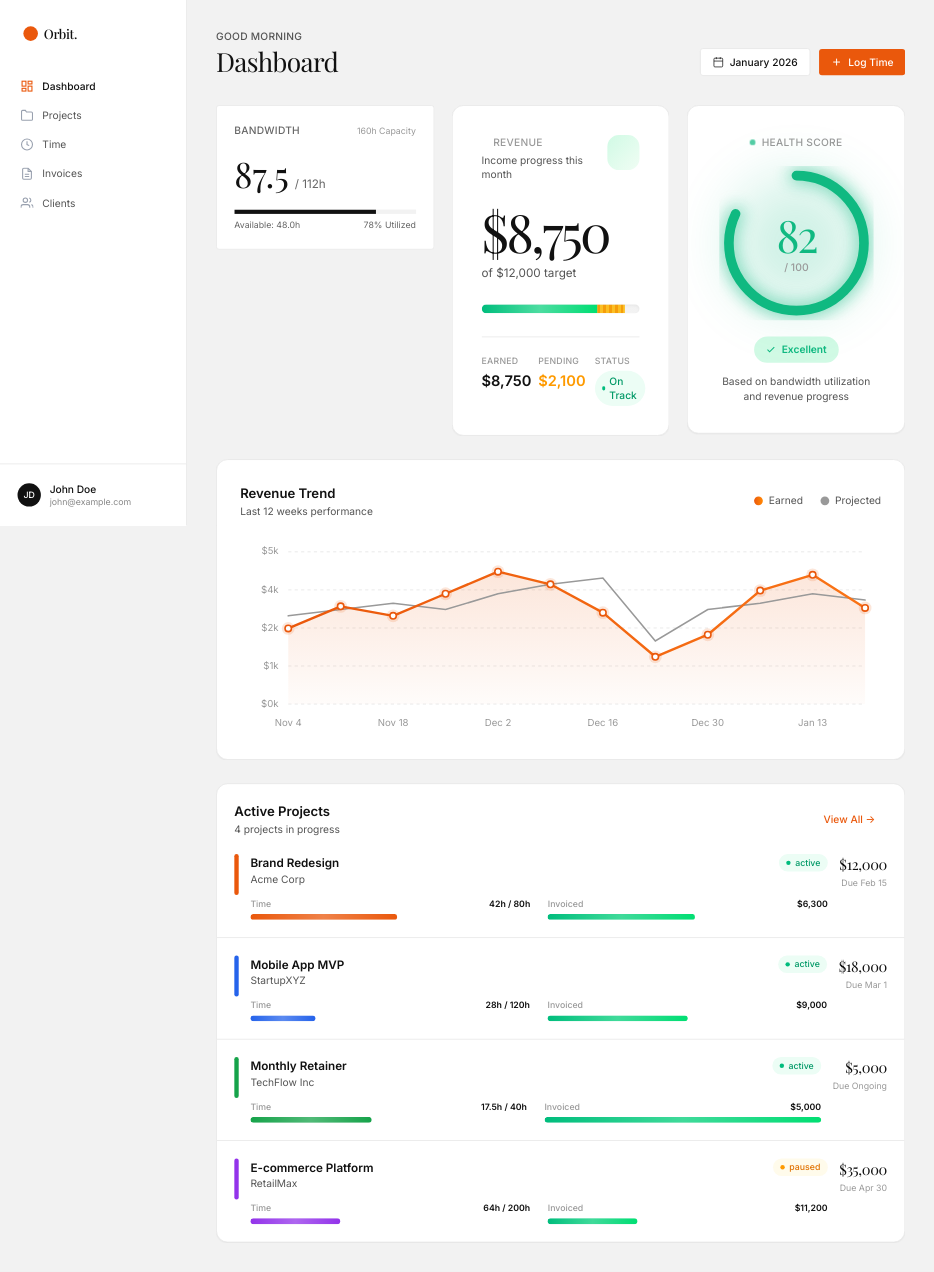
Repository: Zerraf-Badreddine/orbit
Page: /dashboard (app in frontend/)
An editor plug-in stored every save of this project. The page is shown before and after the next save, followed by the edit.
The browser window is 1280 px wide. The pictures show the whole page, at 73% of full size.
Some web fonts or font styles are not loaded; a fallback is used. The project was rebuilt for these pictures with package versions that can differ from the ones it lists, and the page was loaded fresh each time. The framework's server and built-in components were replaced by stand-ins that run in the browser. Also part of the build but not shown: frontend/next.config.ts.

Above is the page before, as saved 2026-01-29 18:41:02.

### frontend/app/layout.tsx
import type { Metadata } from "next";
import { Inter, Playfair_Display } from "next/font/google";
import "./globals.css";
import { Providers } from "./providers";

const inter = Inter({
  subsets: ["latin"],
  variable: "--font-inter",
  display: "swap",
});

const playfair = Playfair_Display({
  subsets: ["latin"],
  variable: "--font-playfair",
  display: "swap",
});

export const metadata: Metadata = {
  title: "Orbit — Freelance Operating System",
  description: "Track your bandwidth and revenue with precision",
};

export default function RootLayout({
  children,
}: Readonly<{
  children: React.ReactNode;
}>) {
  return (
    <html lang="en" className={`${inter.variable} ${playfair.variable}`}>
      <body className="bg-[var(--color-bg-main)] text-[var(--color-text-primary)] antialiased">
        <Providers>
          {children}
        </Providers>
      </body>
    </html>
  );
}

### frontend/app/globals.css
@import "tailwindcss";

@theme {
  /*
     ORBIT DESIGN SYSTEM — RESTORED MINIMALISM
     Focus: Typography, Whitespace, Grid
  */

  --color-bg-main: #F2F2F2;
  --color-bg-surface: #FFFFFF;

  --color-text-primary: #111111;
  --color-text-secondary: #555555;
  --color-text-muted: #999999;

  --color-accent-primary: #EA580C; /* Burnt Orange - Keep as the only pop of color */

  --color-border-subtle: #E5E5E5;
  --color-border-medium: #CCCCCC;
  --color-border-strong: #111111;

  /* Typography */
  --font-family-sans: 'Inter', -apple-system, BlinkMacSystemFont, system-ui, sans-serif;
  --font-family-serif: 'Playfair Display', Georgia, serif;

  /* Shadows - Minimal/Subtle or None */
  --shadow-card: 0 1px 2px rgba(0, 0, 0, 0.05);
  --shadow-hover: 0 4px 12px rgba(0, 0, 0, 0.08); /* More subtle */

  /* Transitions */
  --transition-base: 200ms cubic-bezier(0.16, 1, 0.3, 1); /* Snappy/Professional */
}

/* BASE RESET */
html {
  font-family: var(--font-family-sans);
  background-color: var(--color-bg-main);
  color: var(--color-text-primary);
  -webkit-font-smoothing: antialiased;
}

body {
  min-height: 100vh;
}

/* UTILITIES */

.font-serif {
  font-family: var(--font-family-serif);
}

.card {
  background: var(--color-bg-surface);
  border: 1px solid var(--color-border-subtle);
  border-radius: 4px; /* Sharper corners */
  transition: transform var(--transition-base), box-shadow var(--transition-base), border-color var(--transition-base);
}

.card:hover {
  transform: translateY(-2px);
  box-shadow: var(--shadow-hover);
  border-color: var(--color-border-medium);
}

/* BUTTONS - Editorial Style */
.btn-primary {
  background: #111;
  color: #fff;
  border-radius: 4px;
  padding: 0.75rem 1.5rem;
  font-weight: 500;
  transition: all var(--transition-base);
  display: inline-flex;
  align-items: center;
  justify-content: center;
}

.btn-primary:hover {
  background: #333;
}

.btn-secondary {
  background: transparent;
  color: #111;
  border: 1px solid #E5E5E5;
  border-radius: 4px;
  padding: 0.75rem 1.5rem;
  font-weight: 500;
  transition: all var(--transition-base);
  display: inline-flex;
  align-items: center;
  justify-content: center;
}

.btn-secondary:hover {
  border-color: #111;
  background: #fff;
}

.input {
  width: 100%;
  padding: 0.875rem 1rem;
  border: 1px solid var(--color-border-subtle);
  border-radius: 4px;
  background: var(--color-bg-surface);
  outline: none;
  transition: border-color var(--transition-base);
}

.input:focus {
  border-color: #111;
}

/* STATUS DOTS */
.status-dot {
  width: 8px;
  height: 8px;
  border-radius: 50%;
  display: inline-block;
}

.status-active { background-color: #10B981; }
.status-pending { background-color: #F59E0B; }
.status-error { background-color: #EF4444; }

/* LAYOUT GRID LINES */
.grid-lines {
  background-image: linear-gradient(to right, #f0f0f0 1px, transparent 1px),
                    linear-gradient(to bottom, #f0f0f0 1px, transparent 1px);
  background-size: 40px 40px;
}

### frontend/app/providers.tsx
"use client";

import { QueryClient, QueryClientProvider } from "@tanstack/react-query";
import { useState } from "react";

export function Providers({ children }: { children: React.ReactNode }) {
  const [queryClient] = useState(
    () =>
      new QueryClient({
        defaultOptions: {
          queries: {
            staleTime: 60 * 1000,
            refetchOnWindowFocus: false,
          },
        },
      })
  );

  return (
    <QueryClientProvider client={queryClient}>{children}</QueryClientProvider>
  );
}

### frontend/components/AnimatedReveal.tsx
"use client";

import { useEffect, useRef, ReactNode } from "react";
import gsap from "gsap";

interface AnimatedRevealProps {
  children: ReactNode;
  delay?: number;
  duration?: number;
  y?: number;
  className?: string;
}

export function AnimatedReveal({
  children,
  delay = 0,
  duration = 0.8,
  y = 60,
  className = "",
}: AnimatedRevealProps) {
  const containerRef = useRef<HTMLDivElement>(null);
  const contentRef = useRef<HTMLDivElement>(null);

  useEffect(() => {
    if (!containerRef.current || !contentRef.current) return;

    gsap.fromTo(
      contentRef.current,
      {
        y: y,
        opacity: 0,
      },
      {
        y: 0,
        opacity: 1,
        duration: duration,
        delay: delay,
        ease: "power3.out",
      }
    );
  }, [delay, duration, y]);

  return (
    <div ref={containerRef} className={`overflow-hidden ${className}`}>
      <div ref={contentRef} style={{ opacity: 0 }}>
        {children}
      </div>
    </div>
  );
}

interface StaggerRevealProps {
  children: ReactNode[];
  stagger?: number;
  baseDelay?: number;
  className?: string;
}

export function StaggerReveal({
  children,
  stagger = 0.1,
  baseDelay = 0.2,
  className = "",
}: StaggerRevealProps) {
  const containerRef = useRef<HTMLDivElement>(null);

  useEffect(() => {
    if (!containerRef.current) return;

    const items = containerRef.current.querySelectorAll(".stagger-item");

    gsap.fromTo(
      items,
      {
        y: 40,
        opacity: 0,
      },
      {
        y: 0,
        opacity: 1,
        duration: 0.6,
        stagger: stagger,
        delay: baseDelay,
        ease: "power3.out",
      }
    );
  }, [stagger, baseDelay]);

  return (
    <div ref={containerRef} className={className}>
      {children}
    </div>
  );
}

### frontend/components/BandwidthCard.tsx
"use client";

import { useEffect, useRef } from "react";
import gsap from "gsap";

interface BandwidthCardProps {
  hoursAvailable: number;
  hoursCommitted: number;
  hoursLogged: number;
  utilizationPercentage: number;
}

export function BandwidthCard({
  hoursAvailable,
  hoursCommitted,
  hoursLogged,
  utilizationPercentage,
}: BandwidthCardProps) {
  const barRef = useRef<HTMLDivElement>(null);

  useEffect(() => {
    if (barRef.current) {
      gsap.fromTo(barRef.current, { width: 0 }, { width: `${Math.min(utilizationPercentage, 100)}%`, duration: 1, ease: "power2.out" });
    }
  }, [utilizationPercentage]);

  return (
    <div className="card p-6 bg-white">
      <div className="flex justify-between items-baseline mb-6">
        <h3 className="text-sm font-medium text-[#666] uppercase tracking-wide">Bandwidth</h3>
        <span className="text-xs text-[#999]">{hoursAvailable}h Capacity</span>
      </div>

      <div className="flex items-baseline gap-2 mb-6">
        <span className="font-serif text-5xl text-[#111]">{hoursLogged.toFixed(1)}</span>
        <span className="text-[#666]">/ {hoursCommitted}h</span>
      </div>

      <div className="w-full bg-[#F2F2F2] h-1.5 overflow-hidden">
        <div
          ref={barRef}
          className="h-full bg-[#111]"
          style={{ width: 0 }}
        />
      </div>
      <div className="flex justify-between mt-2 text-xs text-[#666]">
         <span>Available: {(hoursAvailable - hoursCommitted).toFixed(1)}h</span>
         <span>{utilizationPercentage.toFixed(0)}% Utilized</span>
      </div>
    </div>
  );
}

### frontend/components/RevenueCard.tsx
"use client";

import { useEffect, useRef } from "react";
import gsap from "gsap";

interface RevenueCardProps {
  targetAmount: number;
  earnedAmount: number;
  pendingAmount: number;
  currency: string;
}

function formatCurrency(amount: number, currency: string): string {
  return new Intl.NumberFormat("en-US", {
    style: "currency",
    currency: currency,
    minimumFractionDigits: 0,
    maximumFractionDigits: 0,
  }).format(amount);
}

export function RevenueCard({
  targetAmount,
  earnedAmount,
  pendingAmount,
  currency,
}: RevenueCardProps) {
  const earnedBarRef = useRef<HTMLDivElement>(null);
  const pendingBarRef = useRef<HTMLDivElement>(null);
  const numberRef = useRef<HTMLSpanElement>(null);

  const progressPercentage = (earnedAmount / targetAmount) * 100;
  const pendingPercentage = (pendingAmount / targetAmount) * 100;
  const onTrack = (earnedAmount + pendingAmount) >= targetAmount * 0.9;

  useEffect(() => {
    // Animate progress bars
    if (earnedBarRef.current) {
      gsap.fromTo(earnedBarRef.current,
        { width: "0%" },
        { width: `${Math.min(progressPercentage, 100)}%`, duration: 1.2, delay: 0.3, ease: "power3.out" }
      );
    }
    if (pendingBarRef.current) {
      gsap.fromTo(pendingBarRef.current,
        { width: "0%" },
        { width: `${Math.min(pendingPercentage, 100 - progressPercentage)}%`, duration: 1, delay: 0.6, ease: "power3.out" }
      );
    }

    // Animate number counting
    if (numberRef.current) {
      gsap.fromTo({ val: 0 }, { val: earnedAmount }, {
        duration: 1.5,
        delay: 0.2,
        ease: "power3.out",
        onUpdate: function() {
          if (numberRef.current) {
            numberRef.current.textContent = formatCurrency(Math.round(this.targets()[0].val), currency);
          }
        }
      });
    }
  }, [earnedAmount, progressPercentage, pendingPercentage, currency]);

  return (
    <div className="group relative overflow-hidden rounded-2xl bg-white border border-[var(--color-border-subtle)] p-8 lg:p-10 shadow-[var(--shadow-card)] hover:shadow-[var(--shadow-card-hover)] transition-all duration-300">
      {/* Gradient overlay on hover */}
      <div className="absolute inset-0 bg-gradient-to-br from-emerald-500/5 via-transparent to-green-500/5 opacity-0 group-hover:opacity-100 transition-opacity duration-500" />

      {/* Header */}
      <div className="relative flex items-start justify-between mb-8">
        <div>
          <div className="flex items-center gap-2 mb-1">
            <div className="w-2 h-2 rounded-full bg-[var(--color-success)] animate-pulse" />
            <p className="text-[var(--color-text-muted)] text-sm font-medium tracking-wide uppercase">
              Revenue
            </p>
          </div>
          <p className="text-[var(--color-text-secondary)] text-sm">
            Income progress this month
          </p>
        </div>
        <div className="w-12 h-12 rounded-2xl bg-gradient-to-br from-emerald-100 to-green-50 flex items-center justify-center group-hover:scale-110 transition-transform duration-300">
          <svg width="22" height="22" viewBox="0 0 24 24" fill="none" stroke="var(--color-success)" strokeWidth="1.5">
            <line x1="12" y1="1" x2="12" y2="23" />
            <path d="M17 5H9.5a3.5 3.5 0 0 0 0 7h5a3.5 3.5 0 0 1 0 7H6" />
          </svg>
        </div>
      </div>

      {/* Main Number */}
      <div className="relative mb-8">
        <div className="flex items-baseline gap-2">
          <span ref={numberRef} className="font-serif text-6xl lg:text-7xl tracking-tighter text-[var(--color-text-primary)]">
            $0
          </span>
        </div>
        <p className="text-[var(--color-text-secondary)] text-base mt-2">
          of {formatCurrency(targetAmount, currency)} target
        </p>
      </div>

      {/* Progress Bar */}
      <div className="relative mb-8">
        <div className="h-3 bg-gradient-to-r from-[var(--color-bg-muted)] to-[var(--color-bg-main)] rounded-full overflow-hidden shadow-inner flex">
          {/* Earned */}
          <div
            ref={earnedBarRef}
            className="h-full bg-gradient-to-r from-emerald-500 to-green-400 relative flex-shrink-0"
            style={{ width: "0%" }}
          >
            <div className="absolute inset-0 bg-gradient-to-r from-transparent via-white/30 to-transparent animate-[shimmer_2s_infinite]" />
          </div>
          {/* Pending (striped) */}
          <div
            ref={pendingBarRef}
            className="h-full flex-shrink-0"
            style={{
              width: "0%",
              background: `repeating-linear-gradient(
                90deg,
                #F59E0B,
                #F59E0B 4px,
                #FBBF24 4px,
                #FBBF24 8px
              )`,
            }}
          />
        </div>
      </div>

      {/* Stats Row */}
      <div className="relative grid grid-cols-3 gap-4 pt-6 border-t border-[var(--color-border-subtle)]">
        <div>
          <p className="text-[var(--color-text-muted)] text-xs uppercase tracking-wide mb-1.5 font-medium">
            Earned
          </p>
          <p className="text-xl font-semibold text-[var(--color-success)]">
            {formatCurrency(earnedAmount, currency)}
          </p>
        </div>
        <div>
          <p className="text-[var(--color-text-muted)] text-xs uppercase tracking-wide mb-1.5 font-medium">
            Pending
          </p>
          <p className="text-xl font-semibold text-amber-500">
            {formatCurrency(pendingAmount, currency)}
          </p>
        </div>
        <div>
          <p className="text-[var(--color-text-muted)] text-xs uppercase tracking-wide mb-1.5 font-medium">
            Status
          </p>
          <div className={`inline-flex items-center gap-1.5 px-2.5 py-1 rounded-full text-sm font-medium ${onTrack ? "bg-emerald-50 text-emerald-600" : "bg-orange-50 text-orange-600"}`}>
            <div className={`w-1.5 h-1.5 rounded-full ${onTrack ? "bg-emerald-500" : "bg-orange-500"}`} />
            {onTrack ? "On Track" : "Behind"}
          </div>
        </div>
      </div>
    </div>
  );
}

Loaded but not shown: frontend/components/ProjectList.tsx (154 lines, source omitted); frontend/components/RevenueChart.tsx (189 lines, source omitted); frontend/app/dashboard/layout.tsx (177 lines, source omitted); frontend/components/HealthScore.tsx (188 lines, source omitted); frontend/app/dashboard/page.tsx (123 lines, source omitted); frontend/lib/mockData.ts (178 lines, source omitted)

After the next save:
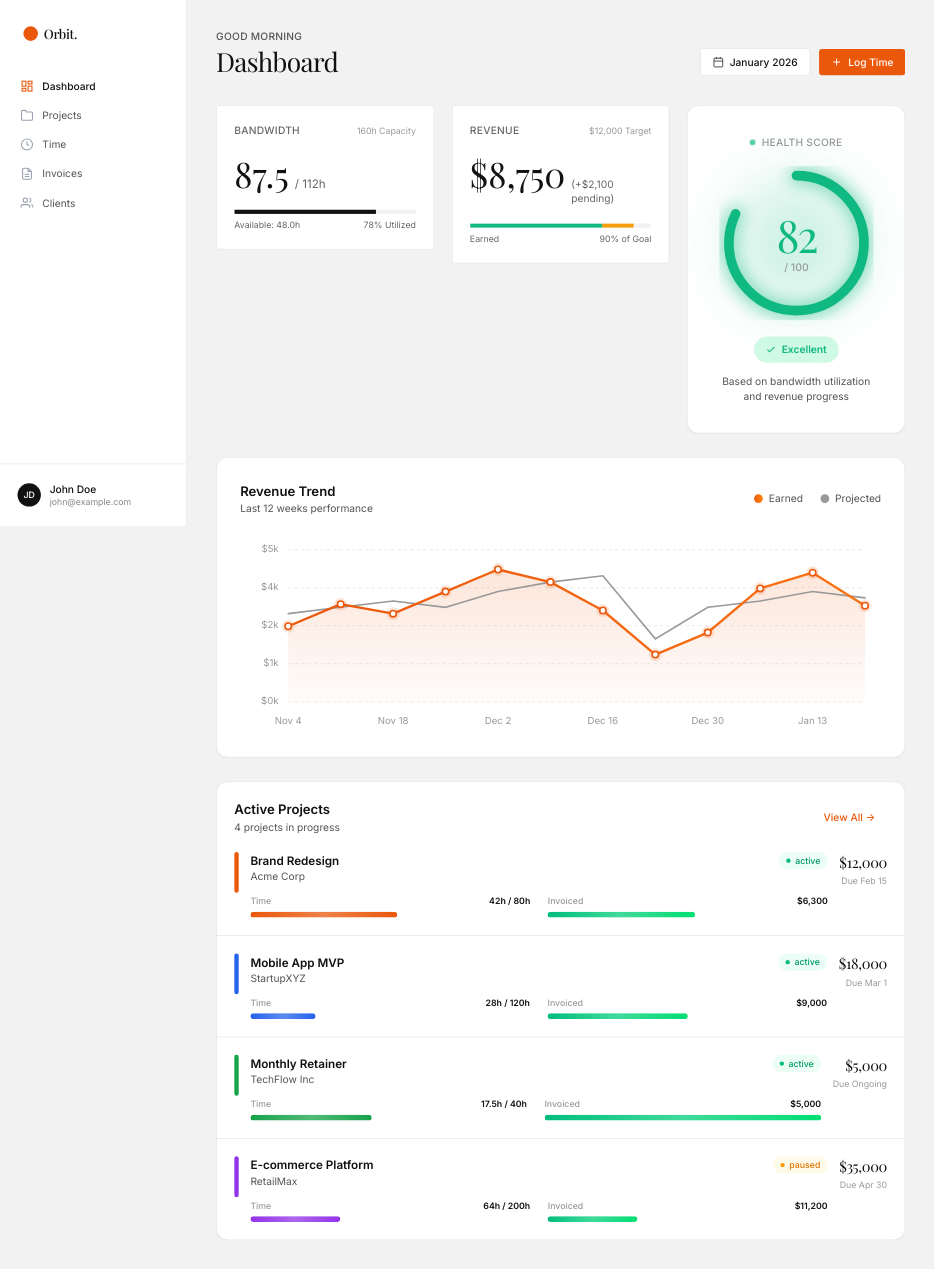
Saved 6 s later.
--- a/frontend/components/RevenueCard.tsx
+++ b/frontend/components/RevenueCard.tsx
@@ -25,138 +25,36 @@ export function RevenueCard({
   pendingAmount,
   currency,
 }: RevenueCardProps) {
-  const earnedBarRef = useRef<HTMLDivElement>(null);
-  const pendingBarRef = useRef<HTMLDivElement>(null);
-  const numberRef = useRef<HTMLSpanElement>(null);
+  const earnedRef = useRef<HTMLDivElement>(null);
+  const pendingRef = useRef<HTMLDivElement>(null);
 
-  const progressPercentage = (earnedAmount / targetAmount) * 100;
-  const pendingPercentage = (pendingAmount / targetAmount) * 100;
-  const onTrack = (earnedAmount + pendingAmount) >= targetAmount * 0.9;
+  const earnedPct = (earnedAmount / targetAmount) * 100;
+  const pendingPct = (pendingAmount / targetAmount) * 100;
 
   useEffect(() => {
-    // Animate progress bars
-    if (earnedBarRef.current) {
-      gsap.fromTo(earnedBarRef.current,
-        { width: "0%" },
-        { width: `${Math.min(progressPercentage, 100)}%`, duration: 1.2, delay: 0.3, ease: "power3.out" }
-      );
-    }
-    if (pendingBarRef.current) {
-      gsap.fromTo(pendingBarRef.current,
-        { width: "0%" },
-        { width: `${Math.min(pendingPercentage, 100 - progressPercentage)}%`, duration: 1, delay: 0.6, ease: "power3.out" }
-      );
-    }
-
-    // Animate number counting
-    if (numberRef.current) {
-      gsap.fromTo({ val: 0 }, { val: earnedAmount }, {
-        duration: 1.5,
-        delay: 0.2,
-        ease: "power3.out",
-        onUpdate: function() {
-          if (numberRef.current) {
-            numberRef.current.textContent = formatCurrency(Math.round(this.targets()[0].val), currency);
-          }
-        }
-      });
-    }
-  }, [earnedAmount, progressPercentage, pendingPercentage, currency]);
+    if (earnedRef.current) gsap.fromTo(earnedRef.current, { width: 0 }, { width: `${earnedPct}%`, duration: 1, ease: "power2.out" });
+    if (pendingRef.current) gsap.fromTo(pendingRef.current, { width: 0 }, { width: `${pendingPct}%`, duration: 1, delay: 0.2, ease: "power2.out" });
+  }, [earnedPct, pendingPct]);
 
   return (
-    <div className="group relative overflow-hidden rounded-2xl bg-white border border-[var(--color-border-subtle)] p-8 lg:p-10 shadow-[var(--shadow-card)] hover:shadow-[var(--shadow-card-hover)] transition-all duration-300">
-      {/* Gradient overlay on hover */}
-      <div className="absolute inset-0 bg-gradient-to-br from-emerald-500/5 via-transparent to-green-500/5 opacity-0 group-hover:opacity-100 transition-opacity duration-500" />
-
-      {/* Header */}
-      <div className="relative flex items-start justify-between mb-8">
-        <div>
-          <div className="flex items-center gap-2 mb-1">
-            <div className="w-2 h-2 rounded-full bg-[var(--color-success)] animate-pulse" />
-            <p className="text-[var(--color-text-muted)] text-sm font-medium tracking-wide uppercase">
-              Revenue
-            </p>
-          </div>
-          <p className="text-[var(--color-text-secondary)] text-sm">
-            Income progress this month
-          </p>
-        </div>
-        <div className="w-12 h-12 rounded-2xl bg-gradient-to-br from-emerald-100 to-green-50 flex items-center justify-center group-hover:scale-110 transition-transform duration-300">
-          <svg width="22" height="22" viewBox="0 0 24 24" fill="none" stroke="var(--color-success)" strokeWidth="1.5">
-            <line x1="12" y1="1" x2="12" y2="23" />
-            <path d="M17 5H9.5a3.5 3.5 0 0 0 0 7h5a3.5 3.5 0 0 1 0 7H6" />
-          </svg>
-        </div>
+    <div className="card p-6 bg-white">
+      <div className="flex justify-between items-baseline mb-6">
+        <h3 className="text-sm font-medium text-[#666] uppercase tracking-wide">Revenue</h3>
+        <span className="text-xs text-[#999]">{formatCurrency(targetAmount, currency)} Target</span>
       </div>
 
-      {/* Main Number */}
-      <div className="relative mb-8">
-        <div className="flex items-baseline gap-2">
-          <span ref={numberRef} className="font-serif text-6xl lg:text-7xl tracking-tighter text-[var(--color-text-primary)]">
-            $0
-          </span>
-        </div>
-        <p className="text-[var(--color-text-secondary)] text-base mt-2">
-          of {formatCurrency(targetAmount, currency)} target
-        </p>
+      <div className="flex items-baseline gap-2 mb-6">
+        <span className="font-serif text-5xl text-[#111]">{formatCurrency(earnedAmount, currency)}</span>
+        <span className="text-[#666] text-sm">(+{formatCurrency(pendingAmount, currency)} pending)</span>
       </div>
 
-      {/* Progress Bar */}
-      <div className="relative mb-8">
-        <div className="h-3 bg-gradient-to-r from-[var(--color-bg-muted)] to-[var(--color-bg-main)] rounded-full overflow-hidden shadow-inner flex">
-          {/* Earned */}
-          <div
-            ref={earnedBarRef}
-            className="h-full bg-gradient-to-r from-emerald-500 to-green-400 relative flex-shrink-0"
-            style={{ width: "0%" }}
-          >
-            <div className="absolute inset-0 bg-gradient-to-r from-transparent via-white/30 to-transparent animate-[shimmer_2s_infinite]" />
-          </div>
-          {/* Pending (striped) */}
-          <div
-            ref={pendingBarRef}
-            className="h-full flex-shrink-0"
-            style={{
-              width: "0%",
-              background: `repeating-linear-gradient(
-                90deg,
-                #F59E0B,
-                #F59E0B 4px,
-                #FBBF24 4px,
-                #FBBF24 8px
-              )`,
-            }}
-          />
-        </div>
+      <div className="w-full bg-[#F2F2F2] h-1.5 overflow-hidden flex">
+        <div ref={earnedRef} className="h-full bg-[#10B981]" style={{ width: 0 }} />
+        <div ref={pendingRef} className="h-full bg-[#F59E0B]" style={{ width: 0 }} />
       </div>
-
-      {/* Stats Row */}
-      <div className="relative grid grid-cols-3 gap-4 pt-6 border-t border-[var(--color-border-subtle)]">
-        <div>
-          <p className="text-[var(--color-text-muted)] text-xs uppercase tracking-wide mb-1.5 font-medium">
-            Earned
-          </p>
-          <p className="text-xl font-semibold text-[var(--color-success)]">
-            {formatCurrency(earnedAmount, currency)}
-          </p>
-        </div>
-        <div>
-          <p className="text-[var(--color-text-muted)] text-xs uppercase tracking-wide mb-1.5 font-medium">
-            Pending
-          </p>
-          <p className="text-xl font-semibold text-amber-500">
-            {formatCurrency(pendingAmount, currency)}
-          </p>
-        </div>
-        <div>
-          <p className="text-[var(--color-text-muted)] text-xs uppercase tracking-wide mb-1.5 font-medium">
-            Status
-          </p>
-          <div className={`inline-flex items-center gap-1.5 px-2.5 py-1 rounded-full text-sm font-medium ${onTrack ? "bg-emerald-50 text-emerald-600" : "bg-orange-50 text-orange-600"}`}>
-            <div className={`w-1.5 h-1.5 rounded-full ${onTrack ? "bg-emerald-500" : "bg-orange-500"}`} />
-            {onTrack ? "On Track" : "Behind"}
-          </div>
-        </div>
+       <div className="flex justify-between mt-2 text-xs text-[#666]">
+         <span>Earned</span>
+         <span>{Math.round(earnedPct + pendingPct)}% of Goal</span>
       </div>
     </div>
   );
